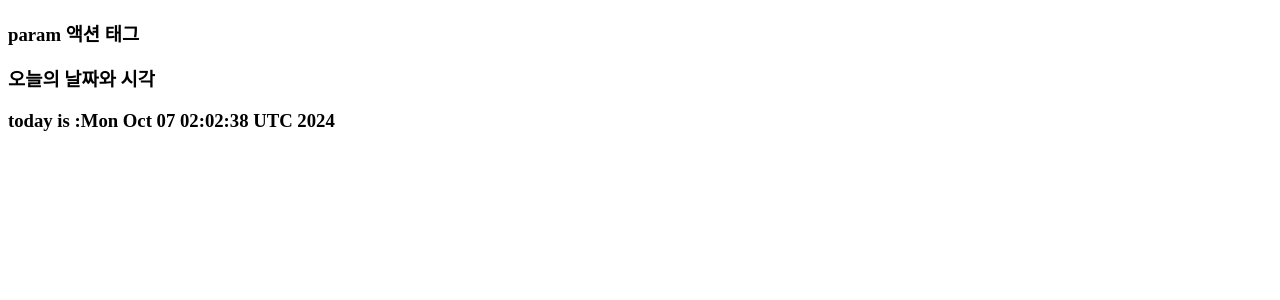
Repository: H-hyeonje/jsp
Page: http://localhost/jsbook/chapter4/4_4.jsp
An editor plug-in stored every save of this project. The page is shown before and after the next save, followed by the edit.
The browser window is 1280 px wide. The pictures show the whole page.
The page is served by Tomcat 10. Other server files are loaded and not shown.

Above is the page before, as saved 2024-10-10 02:09:04.

### jsbook/src/main/webapp/chapter4/4_4.jsp
<%@ page language="java" contentType="text/html; charset=UTF-8"
    pageEncoding="UTF-8"%>
<!DOCTYPE html>
<html>
<head>
<meta charset="UTF-8">
<title>Insert title here</title>
</head>
<body>
	<h3>param 액션 태그</h3>
	<jsp:include page="param02_data.jsp">
		<jsp:param name="title" value='<%= java.net.URLEncoder.encode("오늘의 날짜와 시각") %>' />
		<jsp:param name="date" value='<%= java.util.Calendar.getInstance().getTime() %>' />
	</jsp:include>
</body>
</html>

### jsbook/src/main/webapp/chapter4/param02_data.jsp
<%@ page language="java" contentType="text/html; charset=UTF-8"
    pageEncoding="UTF-8"%>
<!DOCTYPE html>
<html>
<head>
<meta charset="UTF-8">
<title>Insert title here</title>
</head>
<body>
	<%
		String title=request.getParameter("title");
	%>
	<h3><%= java.net.URLDecoder.decode(title) %></h3>
	<h3>today is :<%= request.getParameter("date") %></h3>
</body>
</html>

After the next save:
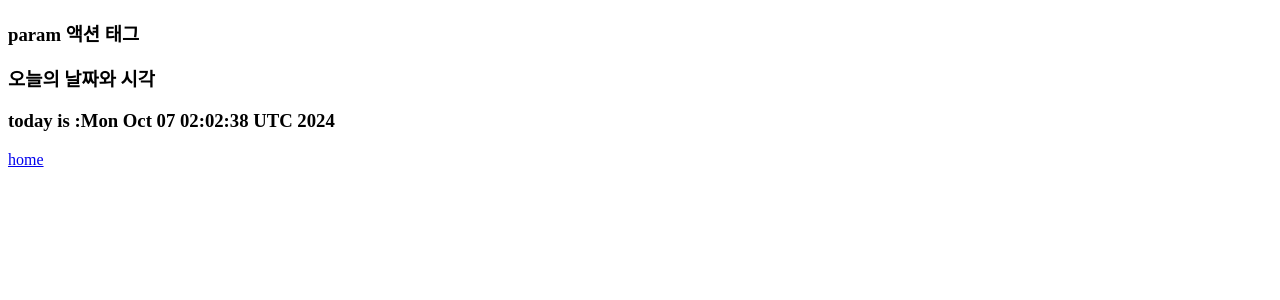
Saved 51 s later.
--- a/jsbook/src/main/webapp/chapter4/4_4.jsp
+++ b/jsbook/src/main/webapp/chapter4/4_4.jsp
@@ -12,5 +12,6 @@
 		<jsp:param name="title" value='<%= java.net.URLEncoder.encode("오늘의 날짜와 시각") %>' />
 		<jsp:param name="date" value='<%= java.util.Calendar.getInstance().getTime() %>' />
 	</jsp:include>
+	<p><a href="home">home</a></p>
 </body>
 </html>
